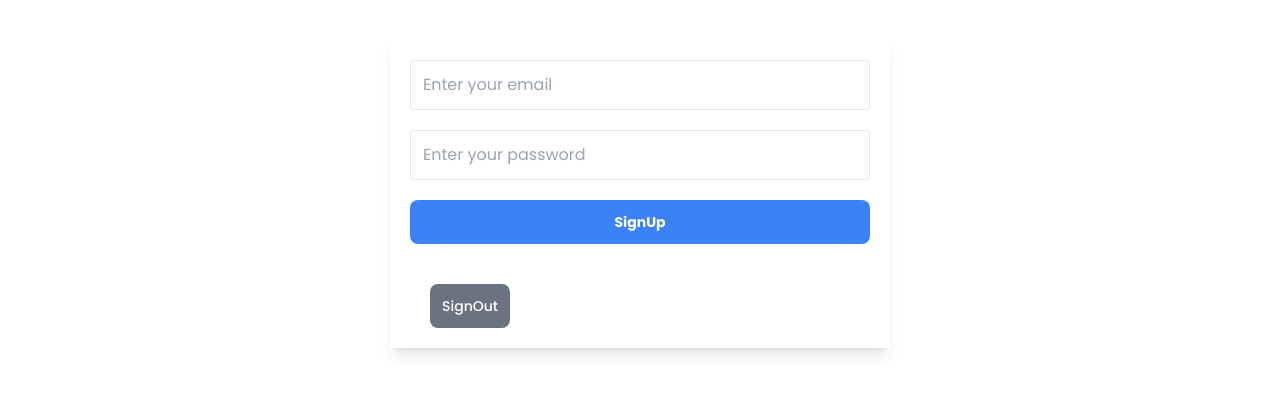
Repository: ThanhPhongsof/React-Course
Page: /
An editor plug-in stored every save of this project. The page is shown before and after the next save, followed by the edit.
The browser window is 1280 px wide. The pictures show the whole page.
The project was rebuilt for these pictures with package versions that can differ from the ones it lists, and the page was loaded fresh each time.

Above is the page before, as saved 2022-04-28 09:21:02.

After the next save:
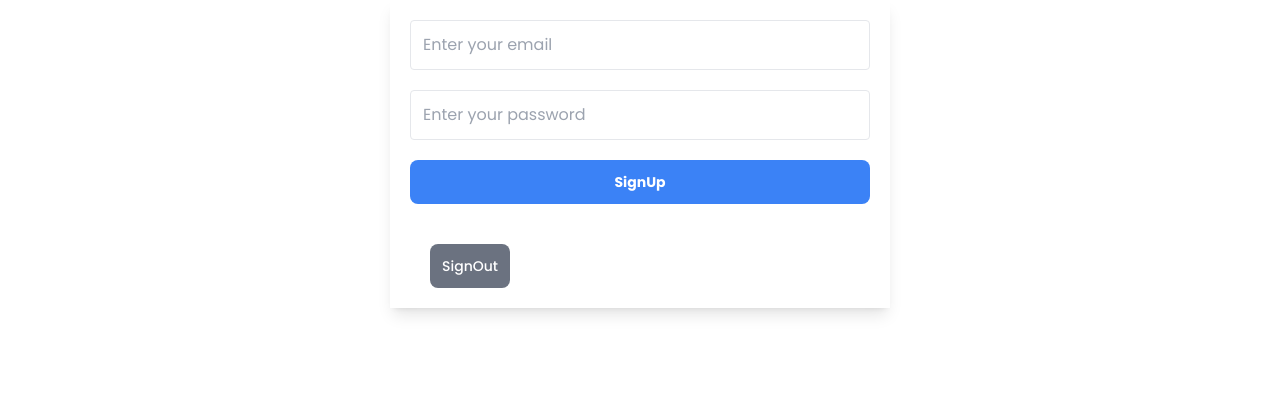
Saved 2 min 6 s later.
--- a/src/firebase/FirebaseAuth.js
+++ b/src/firebase/FirebaseAuth.js
@@ -1,4 +1,4 @@
-import React, { useState } from "react";
+import React, { Fragment, useState } from "react";
 import {
   createUserWithEmailAndPassword,
   SignInWithPassword,
@@ -56,7 +56,7 @@ const FirebaseAuth = () => {
   };
 
   return (
-    <div className="p-10">
+    <Fragment>
       <div className="w-full max-w-[500px] mx-auto shadow-lg p-5 mb-10">
         <form onSubmit={handleCreateUser}>
           <input
@@ -91,7 +91,7 @@ const FirebaseAuth = () => {
           </button>
         </div>
       </div>
-    </div>
+    </Fragment>
   );
 };
 
